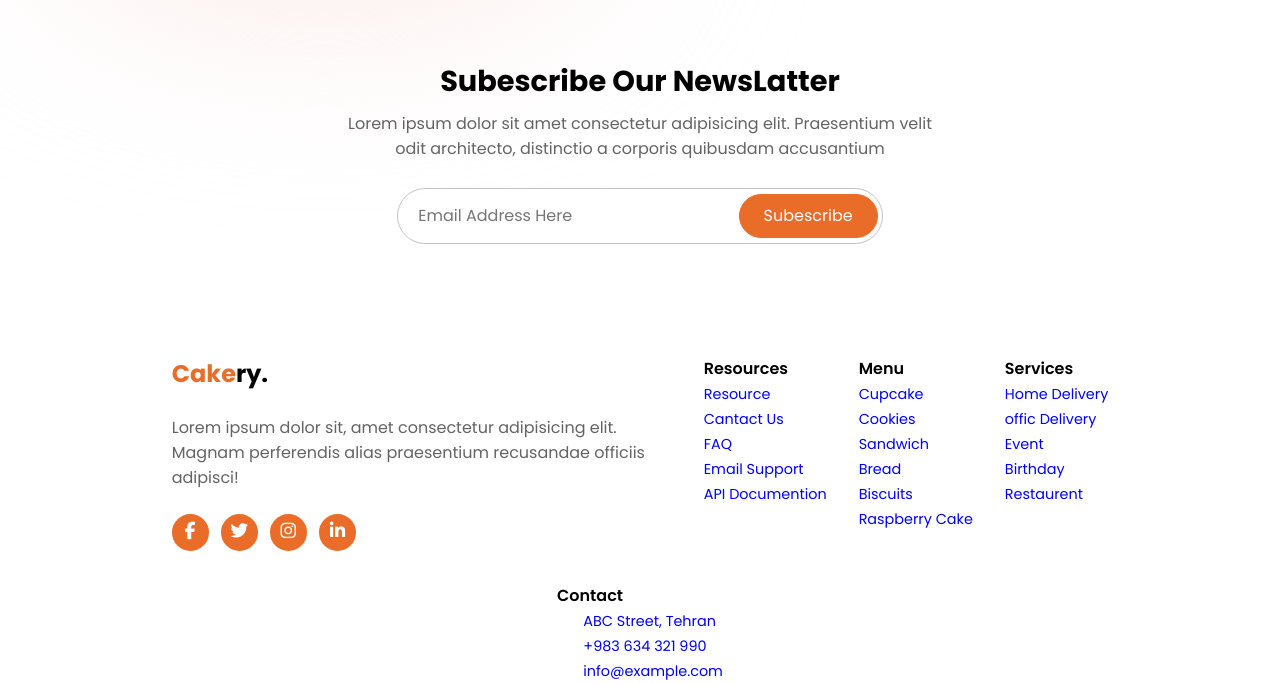
Repository: kingamirhosein100000-maker/cake.shop
Page: index.html
An editor plug-in stored every save of this project. The page is shown before and after a run of saves, followed by the edit.
The browser window is 1280 px wide. The pictures show the part of the page from y = 4552 to 5235 px (the page is 5235 px tall).
A picture or video elsewhere on the page could not be fetched, so the positions and the page height are approximate. Some web libraries are served in a nearby version.

Above is the page before, as saved 2026-01-29 18:00:41.

After the next 2 saves:
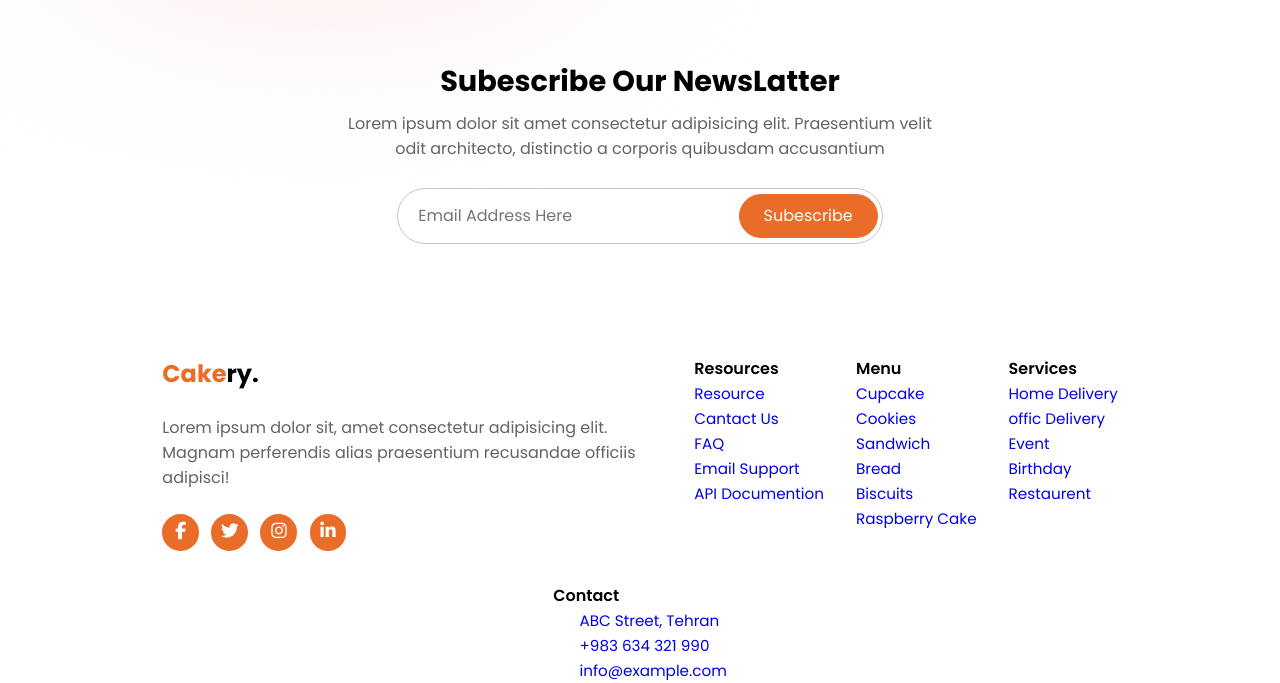
The 2 saves are shown as one change because they came seconds apart.
The last was saved 6 s later.
--- a/style.css
+++ b/style.css
@@ -329,5 +329,6 @@
                     }
                     /* footer section */
                     .footer-links{
-                        font-size: .9rem;
-                    }
+                        font-size: .95rem;
+
+                    }
